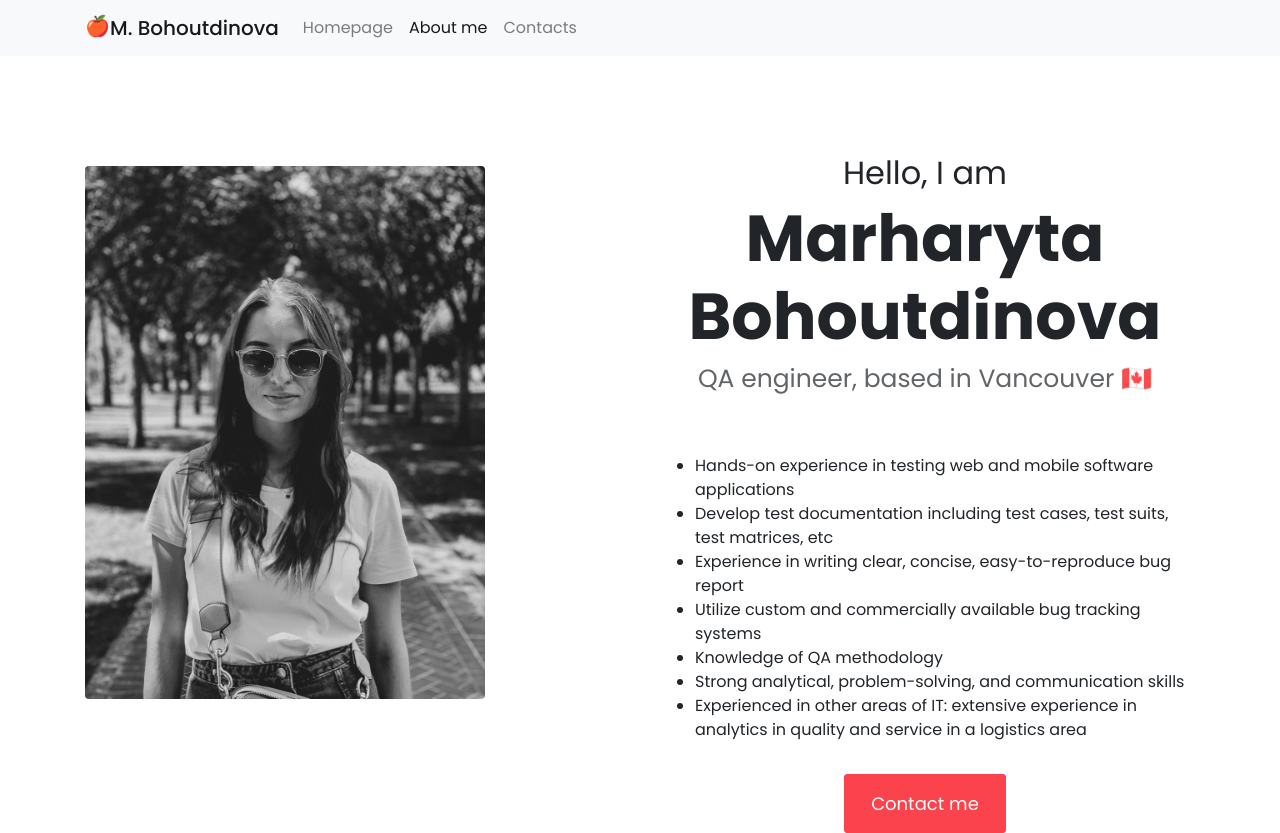
Repository: Bohoutdinova/Portfolio_week-4
Page: about.html
The author's editor kept a copy of each file at every save. The page is drawn from the files as they stood at one save, then again after the next save.
The browser window is 1280 px wide. The pictures show the whole page.

Above is the page before, as saved 2022-08-12 15:45:38.

### about.html
<!DOCTYPE html>
<html lang="en">
  <meta charset="UTF-8" />
  <meta http-equiv="X-UA-Compatible" content="IE=edge" />
  <meta name="viewport" content="width=device-width, initial-scale=1.0" />
  <title>M. Bohoutdinova - QA engineer</title>
  <meta
    name="description"
    content="About M. Bohoutdinova - QA engineer, situated in Vancouver"
  />
  <link
    rel="stylesheet"
    href="https://cdn.jsdelivr.net/npm/bootstrap@4.3.1/dist/css/bootstrap.min.css"
    integrity="sha384-ggOyR0iXCbMQv3Xipma34MD+dH/1fQ784/j6cY/iJTQUOhcWr7x9JvoRxT2MZw1T"
    crossorigin="anonymous"
  />
  <script
    src="https://code.jquery.com/jquery-3.3.1.slim.min.js"
    integrity="sha384-q8i/X+965DzO0rT7abK41JStQIAqVgRVzpbzo5smXKp4YfRvH+8abtTE1Pi6jizo"
    crossorigin="anonymous"
  ></script>
  <script
    src="https://cdn.jsdelivr.net/npm/popper.js@1.14.7/dist/umd/popper.min.js"
    integrity="sha384-UO2eT0CpHqdSJQ6hJty5KVphtPhzWj9WO1clHTMGa3JDZwrnQq4sF86dIHNDz0W1"
    crossorigin="anonymous"
  ></script>
  <script
    src="https://cdn.jsdelivr.net/npm/bootstrap@4.3.1/dist/js/bootstrap.min.js"
    integrity="sha384-JjSmVgyd0p3pXB1rRibZUAYoIIy6OrQ6VrjIEaFf/nJGzIxFDsf4x0xIM+B07jRM"
    crossorigin="anonymous"
  ></script>
  <link rel="stylesheet" href="/src/style.css" />
  <link rel="preconnect" href="https://fonts.googleapis.com" />
  <link rel="preconnect" href="https://fonts.gstatic.com" crossorigin />
  <link rel="preconnect" href="https://fonts.googleapis.com" />
  <link rel="preconnect" href="https://fonts.gstatic.com" crossorigin />
  <link
    href="https://fonts.googleapis.com/css2?family=Abril+Fatface&family=Poppins:wght@100;400;500;700&display=swap"
    rel="stylesheet"
  />
  <body>
    <nav class="navbar navbar-expand-lg navbar-light bg-light">
      <div class="container">
        <a class="navbar-brand" href="/index.html" title="Homepage"
          >M. Bohoutdinova</a
        >
        <button
          class="navbar-toggler"
          type="button"
          data-toggle="collapse"
          data-target="#navbarNav"
          aria-controls="navbarNav"
          aria-expanded="false"
          aria-label="Toggle navigation"
        >
          <span class="navbar-toggler-icon"></span>
        </button>
        <div class="collapse navbar-collapse" id="navbarNav">
          <ul class="navbar-nav">
            <li class="nav-item">
              <a class="nav-link" href="/index.html" title="Homepage"
                >Homepage <span class="sr-only">(current)</span></a
              >
            </li>
            <li class="nav-item active">
              <a
                class="nav-link"
                href="/about.html"
                title="About M. Bohoutdinova"
                >About me</a
              >
            </li>
            <li class="nav-item">
              <a class="nav-link" href="#" title="Contact with M. Bohoutdinova"
                >Contacts</a
              >
            </li>
          </ul>
        </div>
      </div>
    </nav>
    <div class="container mt-5">
      <div class="row">
        <div class="col-lg-6">
          <img
            src="/images/photo.jpg"
            alt="My photo"
            width="400"
            class="img-fluid rounded me-photo"
          />
        </div>
        <div class="col-lg-6 hero-page mt-5">
          <h2>Hello, I am</h2>
          <h1 class="name">Marharyta Bohoutdinova</h1>
          <h3>QA engineer, based in Vancouver 🇨🇦</h3>
          <ul class="about-description mb-5">
            <li>
              Hands-on experience in testing web and mobile software
              applications
            </li>
            <li>
              Develop test documentation including test cases, test suits, test
              matrices, etc
            </li>
            <li>
              Experience in writing clear, concise, easy-to-reproduce bug report
            </li>
            <li>
              Utilize custom and commercially available bug tracking systems
            </li>
            <li>Knowledge of QA methodology</li>
            <li>
              Strong analytical, problem-solving, and communication skills
            </li>
            <li>
              Experienced in other areas of IT: extensive experience in
              analytics in quality and service in a logistics area
            </li>
          </ul>
          <a href="#" class="contact-me rounded" title="Contact me"
            >Contact me</a
          >
        </div>
      </div>
    </div>
  </body>
</html>

### src/style.css
:root {
  --main-family-font: "Poppins", sans-serif;
  --main-color: #fa434c;
}
body {
  font-family: var(--main-family-font);
}

.navbar-brand {
  position: relative;
  padding-left: 25px;
  font-weight: 500;
}

.navbar-brand:before {
  position: absolute;
  content: "🍎";
  left: 0;
  top: 3px;
}

.navbar-brand:hover:before {
  content: "🍏";
}
.hero-page {
  text-align: center;
}

h2 {
  font-weight: 400;
}
h1 {
  font-weight: 700;
  font-size: 65px;
}
h3 {
  font-size: 25px;
  font-weight: 400;
  opacity: 70%;
}
.hero-page h3 {
  margin-bottom: 60px;
}
img {
  display: block;
  margin: 0 auto;
  text-align: center;
}
.col-sm-6 {
  padding: 0;
}
.contact-me {
  padding: 15px 25px;
  background-color: var(--main-color);
  color: white;
  font-size: 18px;
  border: 2px solid var(--main-color);
}
.contact-me:hover {
  color: var(--main-color);
  background-color: white;
  border-color: var(--main-color);
  text-decoration: none;
}
.about-app {
  text-align: center;
}
.app-name {
  font-size: 35px;
  font-weight: 700;
}
.app {
  background-color: rgb(255, 216, 216, 30%);
}
.app-description {
  padding: 15px 25px;
  margin: 30px;
  text-align: center;
}
.app-description-p {
  margin-top: 30px;
  margin-bottom: 50px;
}
.app-link {
  color: var(--main-color);
  padding: 15px 25px;
  font-size: 18px;
  border: 2px solid rgb(255, 216, 216);
}
.app-link:hover {
  text-decoration: none;
  color: black;
}
.row {
  margin-top: 50px;
}
.about-description {
  text-align: left;
}
@media (max-width: 900px) {
  h1 {
    font-size: 45px;
  }
  h3 {
    font-size: 20px;
  }
  .row {
    margin-top: 0;
  }
}
.me-photo {
  margin: 60px 0px;
}

After the next save:
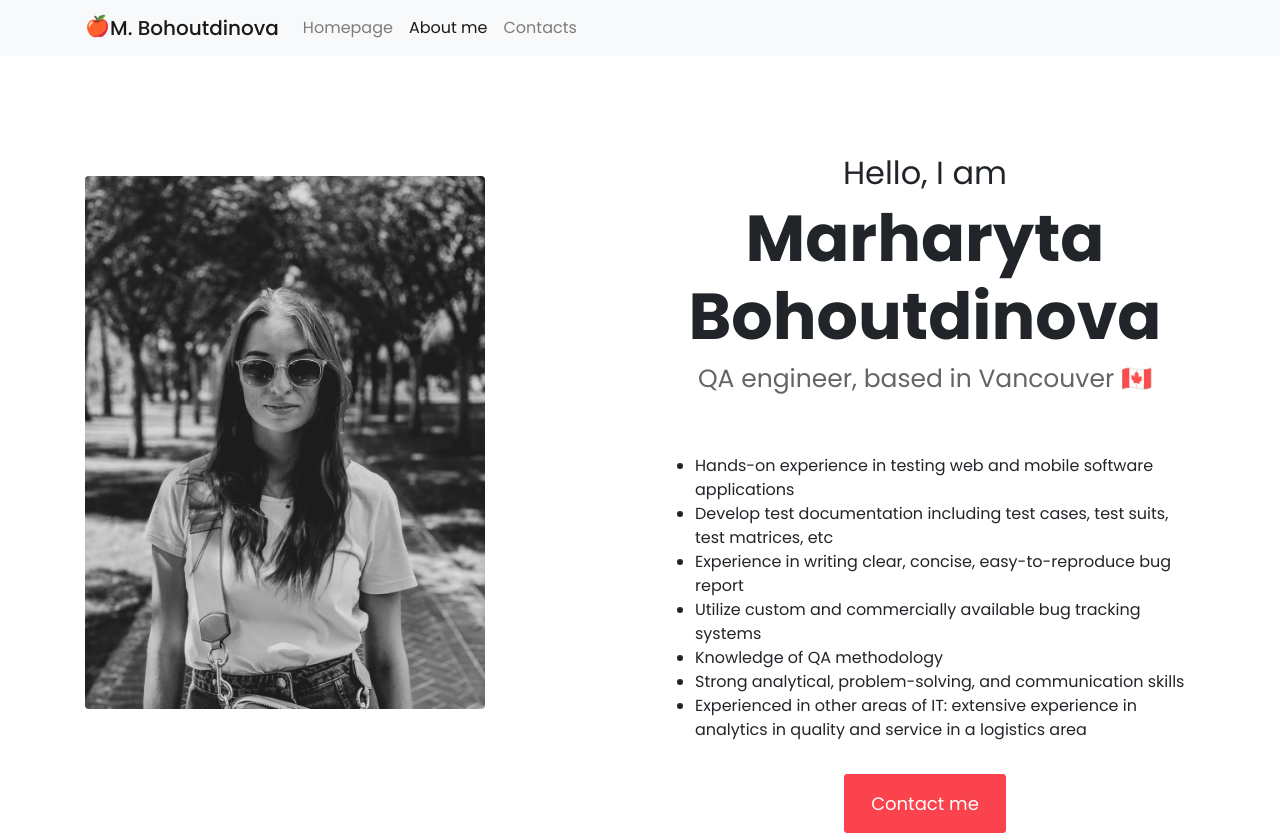
Saved 4 s later.
--- a/src/style.css
+++ b/src/style.css
@@ -109,5 +109,5 @@ img {
   }
 }
 .me-photo {
-  margin: 60px 0px;
+  margin: 70px 0px;
 }
